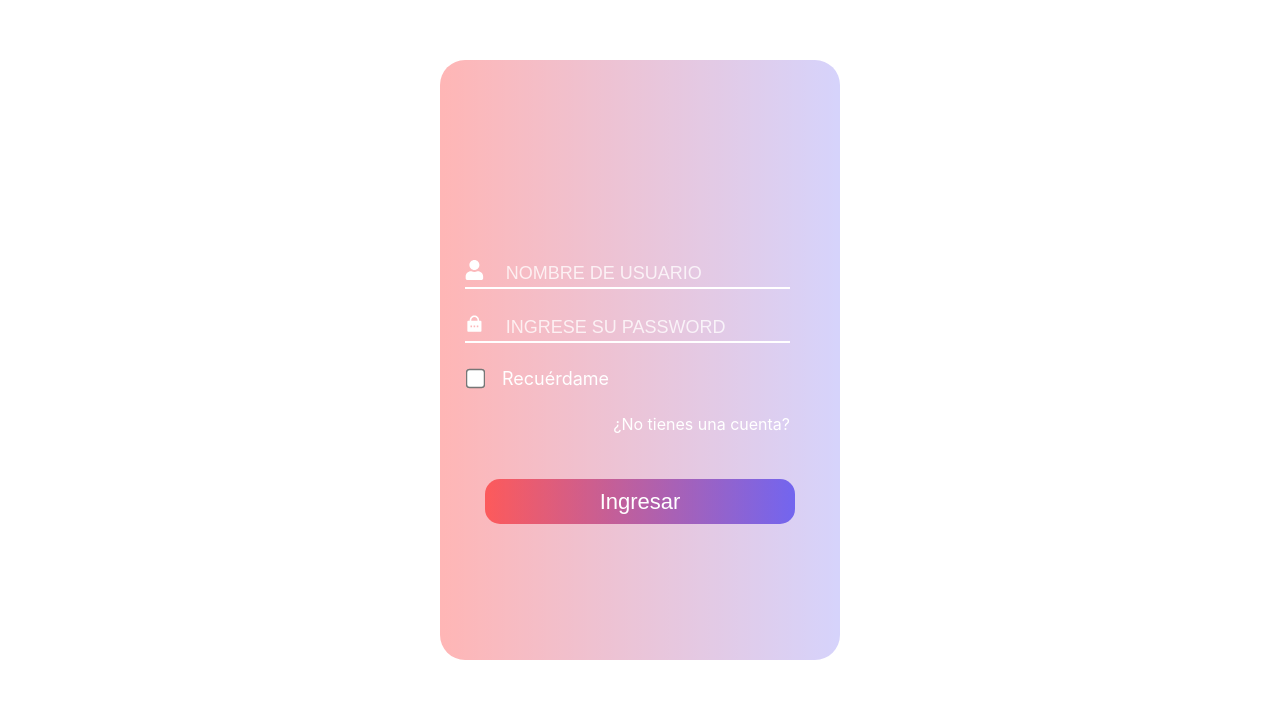
Repository: Davic1o/municipio
Page: /
These files come from the project's save history. The page is drawn as it stood at one moment and after the next save; the edit follows.
The browser window is 1280 px wide. The pictures show the whole page.
The project was rebuilt for these pictures with package versions that can differ from the ones it lists, and the page was loaded fresh each time. Also part of the build but not shown: src/pages/Administrador/Admin.jsx, src/pages/Coord/Coord.jsx, src/pages/User/User.jsx.

Above is the page before, as saved 2024-02-06 17:39:19.

### src/index.js
import React from 'react';
import ReactDOM from 'react-dom/client';
import './index.css';
import App from './App';
import { BrowserRouter } from 'react-router-dom';

const root = ReactDOM.createRoot(document.getElementById('root'));
root.render(
  <BrowserRouter>
    <App />
   </BrowserRouter>
);

### src/index.css
body {
  margin: 0;
  font-family: -apple-system, BlinkMacSystemFont, 'Segoe UI', 'Roboto', 'Oxygen',
    'Ubuntu', 'Cantarell', 'Fira Sans', 'Droid Sans', 'Helvetica Neue',
    sans-serif;
  -webkit-font-smoothing: antialiased;
  -moz-osx-font-smoothing: grayscale;
}

code {
  font-family: source-code-pro, Menlo, Monaco, Consolas, 'Courier New',
    monospace;
}
input{
  text-decoration: none;
  border: none;
}
button{
  background-color: transparent;
  text-decoration: none;
  border: none;
}

### src/App.jsx

import './App.css';
import Rutas from './routes/Rutas';

function App() {
  return (
    <div className="App">
      <Rutas/>
    </div>
  );
}

export default App;

### src/routes/Rutas.jsx
import React from 'react'
import { Routes, Route } from 'react-router-dom';
import Login from '../pages/Login/Login';
import Admin from '../pages/Administrador/Admin';
import Coord from '../pages/Coord/Coord';
import User from '../pages/User/User';


function Rutas() {
  return (


    <Routes>
    <Route exact path="/" element={<Login/>} />
    <Route exact path="/Administrador" element={<Admin/>} />
    <Route path='/Coordinador' element={<Coord/>} />
    <Route path='/Usuario' element={<User/>} />

    </Routes>

  )
}

export default Rutas

### src/pages/Login/Login.jsx
import React, { useState } from 'react';
import { FaUser } from 'react-icons/fa';
import { RiLockPasswordFill } from 'react-icons/ri';
import { useNavigate } from 'react-router-dom';
import './login.css';

const Login = () => {
  const navigate = useNavigate();
  const [username, setUsername] = useState('');
  const [password, setPassword] = useState('');

  const handleUsernameChange = (event) => {
    setUsername(event.target.value);
  };

  const handlePasswordChange = (event) => {
    setPassword(event.target.value);
  };

  const handleLogin = () => {
    if (username === 'admin' && password === 'admin') {
      // Redirigir al componente Administrador
      navigate('/Administrador');
    } else if (username === 'user' && password === 'user') {
      // Redirigir al componente Usuario
      navigate('/Usuario');
    } else if (username === 'cor' && password === 'cor') {
      // Redirigir al componente Coordinador
      navigate('/Coordinador');
    } else {
      // Mostrar un mensaje de error o manejar de otra manera
      alert('Credenciales incorrectas');
    }
  };

  return (
    <div className="login__container">
      <div className="login__recuadro">
        <div className="login__formulario">
          <div className="contenedor__nombre">
            <FaUser className="icon__nombre" />
            <input
              type="text"
              className="inp__nombre"
              placeholder="NOMBRE DE USUARIO"
              value={username}
              onChange={handleUsernameChange}
            />
          </div>
          <div className="contenedor__password">
            <RiLockPasswordFill className="icon__password" />
            <input
              type="password"
              className="inp__password"
              placeholder="INGRESE SU PASSWORD"
              value={password}
              onChange={handlePasswordChange}
            />
          </div>
          <div className="contenedor__recuerdame">
            <input type="checkbox" className="inp__recuerdame" />
            <label htmlFor="" className="lbl__recuerdame">
              Recuérdame
            </label>
          </div>
          <div className="contenedor__registrar">
            <label htmlFor="" className="lbl__registrar">
              ¿No tienes una cuenta?
            </label>
          </div>
          <div className="contendor__ingresar">
            <button className="btn__ingresar" onClick={handleLogin}>
              Ingresar
            </button>
          </div>
        </div>
      </div>
    </div>
  );
};

export default Login;

### src/pages/Login/login.css
.login__container {
    background: linear-gradient(to right, rgba(253, 0, 0, 0.514) 1%, rgba(16, 0, 235, 0.514), url('../../images/fondo_informacion.jpg'));
    background-size: cover;
    height: 100vh;
    width: 100vw;
    box-sizing: border-box;
    display: flex;
    align-items: center;
    justify-content: center;
    z-index: 0;
}
.login__recuadro{
    width: 400px;
    height: 600px;
    border-radius: 25px;
    background: linear-gradient(to right, rgba(253, 0, 0, 0.288) 1%, rgba(16, 0, 235, 0.171));
}
.login__formulario{
    margin-top: 200px;
}
.contenedor__nombre, .contenedor__password{
    width: 325px;
    margin: 25px;
    display: flex;
    border-bottom: 2px solid white ;
}
.icon__nombre, .icon__password{
    margin-right: 20px;
    font-size: 20px;
    background-color: transparent;
    color: white;
}
.inp__nombre, .inp__password{

    background-color: transparent;
    width: 300px;
    height: 25px;
    font-size: 18px;
    color: white;
}
.inp__nombre::placeholder, .inp__password::placeholder{
    font-size: 18px;
color: rgba(255, 255, 255, 0.767);
}
.inp__nombre:focus, .inp__password:focus{
    outline: none;
    font-size: 18px;
    border: none;
    color: white;
}
.contenedor__recuerdame{
    width: 325px;
    margin: 25px;
    display: flex;
}
.inp__recuerdame{
    transform: scale(1.5);
    margin-right: 20px;
}
.lbl__recuerdame{
    font-size: 18px;
    color: white;
}
.contenedor__registrar{
    width: 325px;
    margin: 25px;
    display: flex;
    justify-content: right;
}
.lbl__registrar{
    color: white;
}
.lbl__registrar:hover{
    color: blue;
    cursor: pointer;
}
.contendor__ingresar{

    background: linear-gradient(to right, rgba(253, 0, 0, 0.514) 1%, rgba(16, 0, 235, 0.514));
    border-radius: 15px;
    margin: 45px;
    display: flex;
    justify-content: center;
}
.btn__ingresar{
    height: 45px;
    color: white;
    font-size: 22px;
    cursor: pointer;

}

Loaded but not shown: public/index.html (common file); src/App.css (common file)

After the next save:
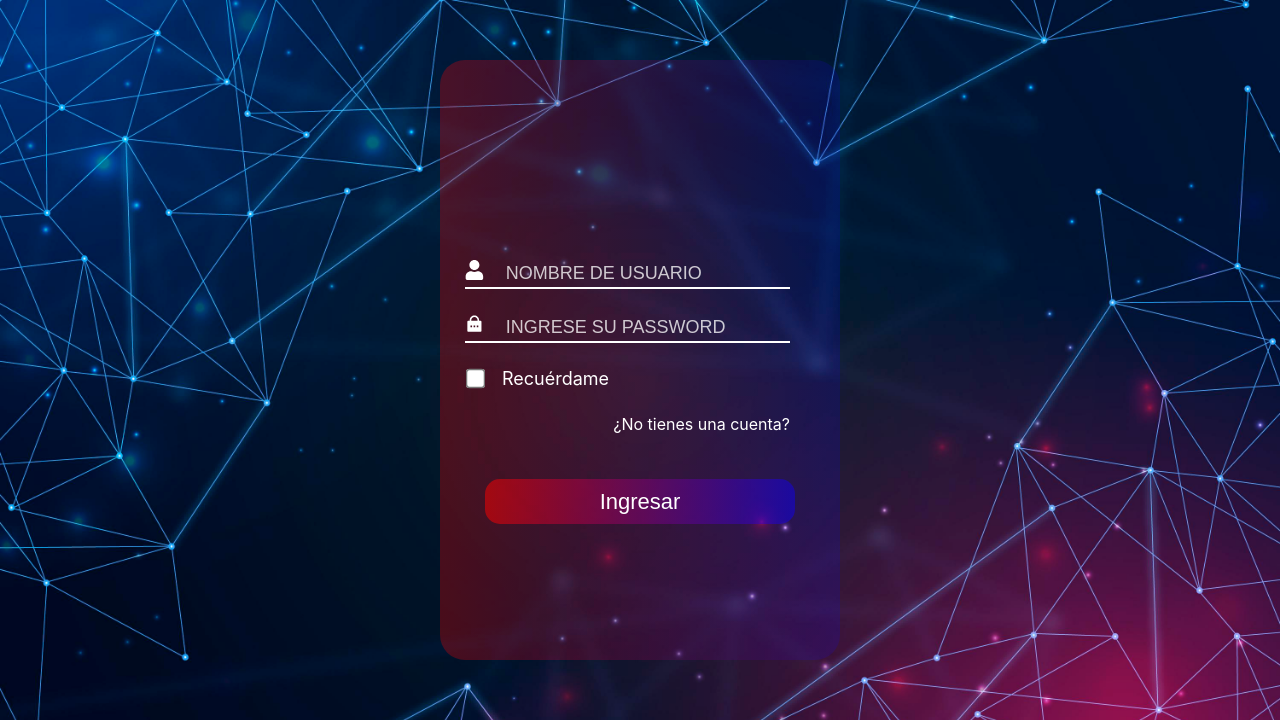
Saved 1 s later.
--- a/src/pages/Login/login.css
+++ b/src/pages/Login/login.css
@@ -1,5 +1,5 @@
 .login__container {
-    background: linear-gradient(to right, rgba(253, 0, 0, 0.514) 1%, rgba(16, 0, 235, 0.514), url('../../images/fondo_informacion.jpg'));
+    background-image:  url('../../images/fondo_informacion.jpg');
     background-size: cover;
     height: 100vh;
     width: 100vw;
